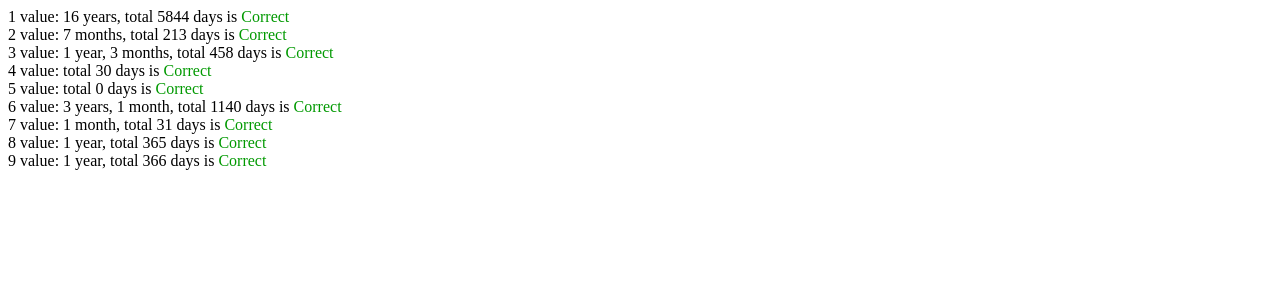
Repository: jamieking1996/tech-assessment-int
Page: index.html
An editor plug-in stored every save of this project. The page is shown before and after the next save, followed by the edit.
The browser window is 1280 px wide. The pictures show the whole page.

Above is the page before, as saved 2021-08-11 11:18:06.

### index.html
<html>
<head></head>

<body class="results"></body>

<script src="./main.js"></script>
<script src="./output.js"></script>
</html>

### main.js
/*
 * Your program must print string with the number of years and months and the total number of days between the dates.
 * Dates are provided in dd.mm.yyyy format.
 * You are not allowed to plug in JS libraries such as moment.js or date-fns directly into the code. All code need to be written in this file.
 *
 * Result must be shown as a string in years, months and total days. If years or months are 0, then it should not be displayed in the output.
 *
 * Example:
 * Input: ['01.01.2000', '01.01.2016']
 * Output:
 * '16 years, total 5844 days'
 *
 * Example 2:
 * Input: ['01.11.2015', '01.02.2017']
 *
 * Output:
 * '1 year, 3 months, total 458 days'
*/
const dates = [
    ['01.01.2000', '01.01.2016'],
    ['01.01.2016', '01.08.2016'],
    ['01.11.2015', '01.02.2017'],
    ['17.12.2016', '16.01.2017'],
    ['01.01.2016', '01.01.2016'],
    ['28.02.2015', '13.04.2018'],
    ['28.01.2015', '28.02.2015'],
    ['17.03.2022', '17.03.2023'],
    ['17.02.2024', '17.02.2025'],
];

// Receive string of dates one after each other
function outputDate(dates) {
  return getDateDifference(convertDateToCorrectFormat(dates[0]), convertDateToCorrectFormat(dates[1]));
}

function getDateDifference(beforeDate, afterDate) {
  if (!isBeforeDateBeforeAfterDate(beforeDate, afterDate)) {
    return new Error('First date is after second date.');
  }
  return `${yearDiff(beforeDate, afterDate) ? yearDiff(beforeDate, afterDate) + " " : ''}` +
    `${monthDifference(beforeDate, afterDate) ? monthDifference(beforeDate, afterDate) + " " : ''}` +
    `${totalDayDiff(beforeDate, afterDate)}`;
}

function convertDateToCorrectFormat(date) {
  const splitDate = date.split('.');
  return new Date(`${splitDate[2]}-${splitDate[1]}-${splitDate[0]}`);
}

function monthDifference(beforeDate, afterDate) {
  const months = getNumberedMonthDifference(beforeDate, afterDate);
  return months <= 0 ? false : `${months} ${pluralise(months, 'month')},`;
}

function getNumberedMonthDifference(beforeDate, afterDate) {
  const monthOffset = beforeDate.getMonth() > afterDate.getMonth() ? 12 : 0;
  const dayOffset = beforeDate.getDate() > afterDate.getDate() ? -1 : 0;
  return monthOffset - beforeDate.getMonth() + afterDate.getMonth() + dayOffset;
}

function totalDayDiff(beforeDate, afterDate) {
  const differenceBetweenDatesInMiliSec = Math.floor(
    afterDate.getTime() - beforeDate.getTime()
  );
  const dayInMilliSeconds = 1000 * 60 * 60 * 24;
  const days = Math.floor(
    differenceBetweenDatesInMiliSec / dayInMilliSeconds
  );
  return `total ${days} ${pluralise(days, 'day')}`;
}

function yearDiff(beforeDate, afterDate) {
  const years = Math.floor((afterDate.getTime() - beforeDate.getTime()) / (1000*60*60*24*365));
  return years > 0 ? `${years} ${pluralise(years, 'year')},` : false;
}

function pluralise(count, word) {
  return count != 1 ? `${word}s` : word;
}

function isBeforeDateBeforeAfterDate(beforeDate, afterDate) {
  if (beforeDate.getTime() <= afterDate.getTime()) {
    return true;
  }
  return false;
}

### output.js
const correctAnswers = [
    '16 years, total 5844 days',
    '7 months, total 213 days',
    '1 year, 3 months, total 458 days',
    'total 30 days',
    'total 0 days',
    '3 years, 1 month, total 1140 days',
    '1 month, total 31 days',
    '1 year, total 365 days',
    '1 year, total 366 days'
];
let results = '';

for (let oneDate in dates) {
    const value = outputDate(dates[oneDate]);
    const num = parseInt(oneDate) + 1;

    const answer = (value === correctAnswers[oneDate] ? '<span style="color: #090">Correct</span>' : `<span style="color: #900">Incorrect</span>, correct is "${correctAnswers[oneDate]}"`);

    results += `${num} value: ${value} is ${answer}<br>`;
}

document.querySelector('.results').innerHTML = results;

After the next save:
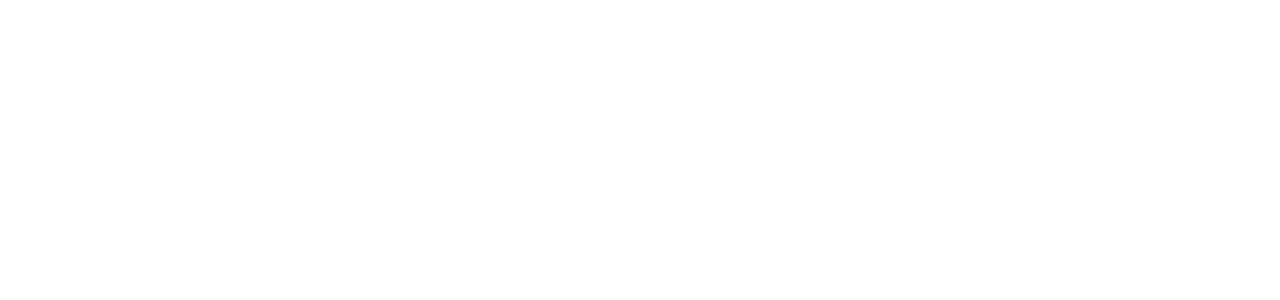
Console error: SyntaxError: Unexpected token 'export'
Saved 81 s later.
--- a/main.js
+++ b/main.js
@@ -29,7 +29,7 @@
 ];
 
 // Receive string of dates one after each other
-function outputDate(dates) {
+export function outputDate(dates) {
   return getDateDifference(convertDateToCorrectFormat(dates[0]), convertDateToCorrectFormat(dates[1]));
 }
 

After the save that followed:
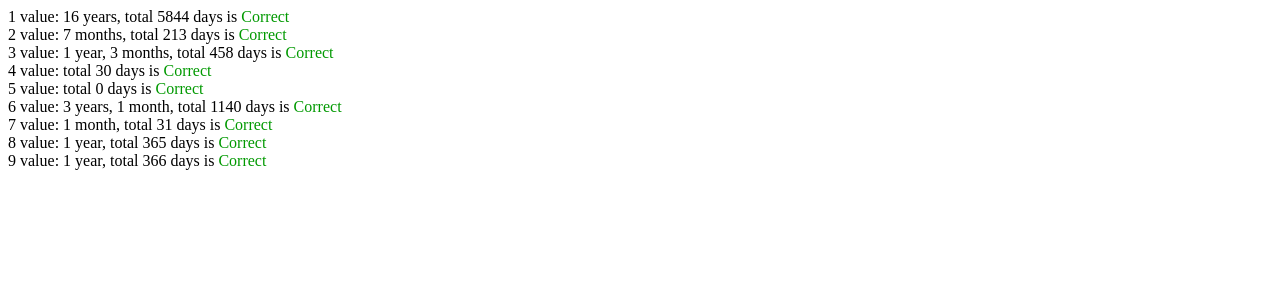
The error is gone.
Saved 15 s later.
--- a/main.js
+++ b/main.js
@@ -29,7 +29,7 @@
 ];
 
 // Receive string of dates one after each other
-export function outputDate(dates) {
+function outputDate(dates) {
   return getDateDifference(convertDateToCorrectFormat(dates[0]), convertDateToCorrectFormat(dates[1]));
 }
 
